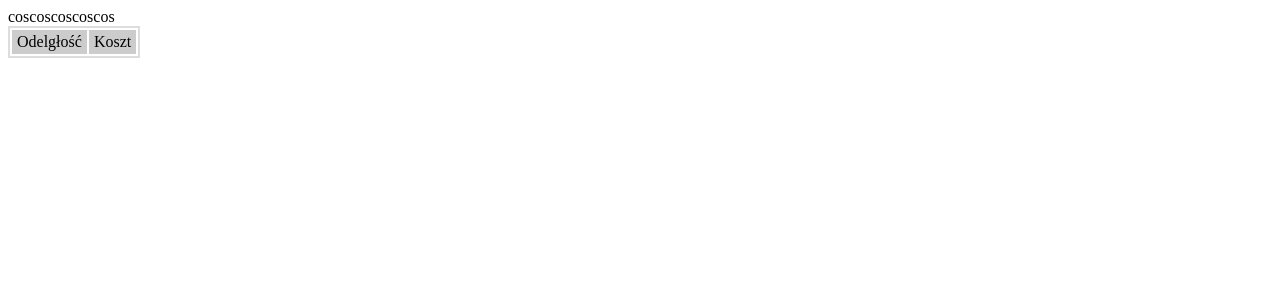
Repository: gabr/workspace
Page: http://localhost/
The author's editor kept a copy of each file at every save. The page is drawn from the files as they stood at one save, then again after the next save.
The browser window is 1280 px wide. The pictures show the whole page.
The page is run by PHP 8.4 with error messages shown; the project is at /var/www/html/.

Above is the page before, as saved 2013-02-25 16:37:07.

After the next save:
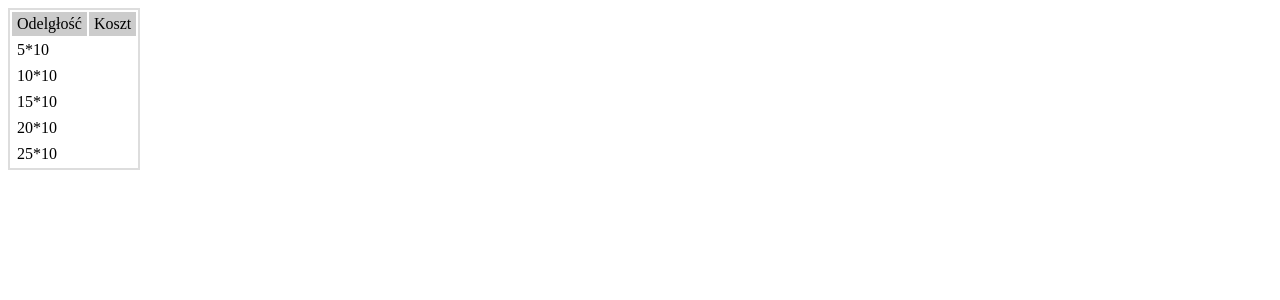
Saved 80 s later.
--- a/php 003 - petle/index.php
+++ b/php 003 - petle/index.php
@@ -14,7 +14,9 @@
     <?php
 
     for($i=5; $i <= 25; $i+=5) {
-			echo "cos";
+echo "<tr>\n";
+echo "\t<td>$i*10</td>\n";
+echo "</tr>\n";
 	};
 
 	?>
